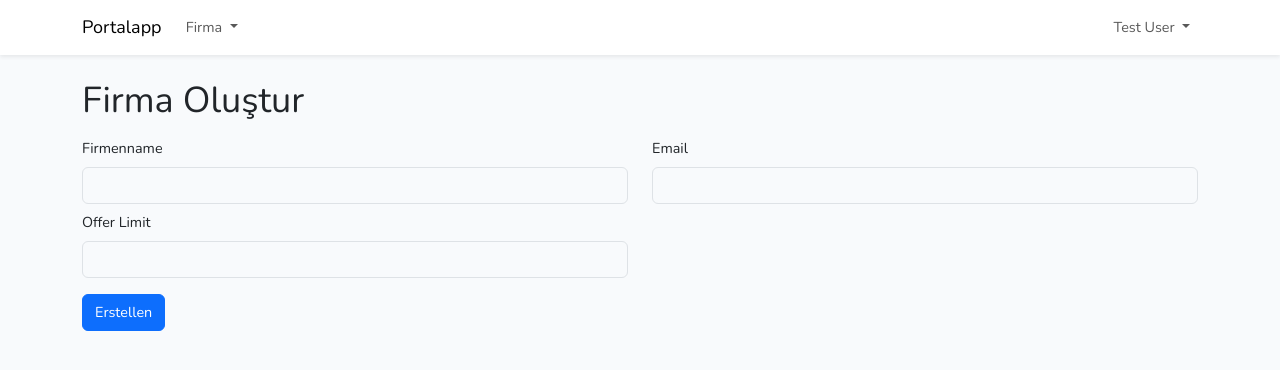
Repository: oguzhansade/portalapp
Page: http://localhost/firma/create
An editor plug-in stored every save of this project. The page is shown before and after the next save, followed by the edit.
The browser window is 1280 px wide. The pictures show the whole page.
The page is served by the project's Laravel application, run on PHP 8.4 with Laravel 9. A made-up administrator, Test User (test@example.com), is signed in. Style sheets and scripts are compiled from the project's sources, by tool versions that may differ from the author's.

Above is the page before, as saved 2023-06-22 20:57:25.

After the next save:
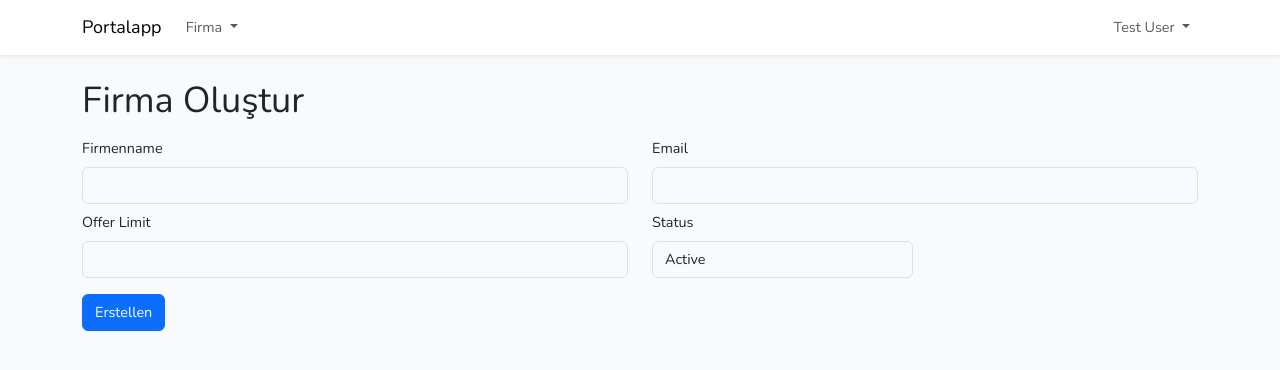
Saved 13 s later.
--- a/resources/views/front/firma/create.blade.php
+++ b/resources/views/front/firma/create.blade.php
@@ -50,6 +50,14 @@
                             <label class=" col-form-label" for="l0">Offer Limit</label>
                             <input class="form-control"  name="entryLimit"  type="number" required>
                         </div>
+
+                        <div class="col-md-3">
+                            <label for="" class="col-form-label">Status</label><br>
+                            <select class="form-control" name="firmaStatus" id="firmaStatus">
+                                <option value="Aktif" selected>Active</option>
+                                <option value="Pasif">Passive</option>
+                            </select>
+                        </div>
                     </div>
                     <div class="form-actions mt-3">
                         <div class="form-group row">
